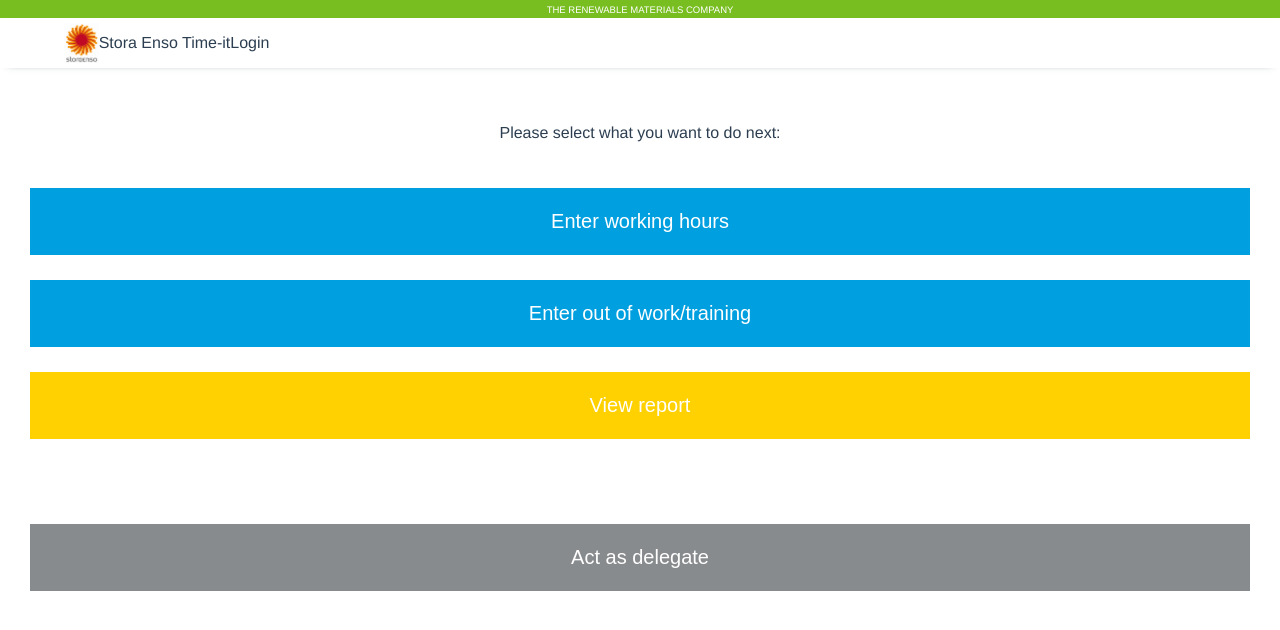
Repository: marianreha/vue-timeit
Page: /
An editor plug-in stored every save of this project. The page is shown before and after the next save, followed by the edit.
The browser window is 1280 px wide. The pictures show the whole page.
Some web fonts or font styles are not loaded; a fallback is used. The project was rebuilt for these pictures with package versions that can differ from the ones it lists, and the page was loaded fresh each time. Also part of the build but not shown: vue.config.js.

Above is the page before, as saved 2020-03-29 21:37:10.

### src/App.vue
<template>
  <div id="app">
    <Navbar />
    <Home />
  </div>
</template>

<script>
import Navbar from './components/Navbar'
import Home from './components/Home'

export default {
  name: 'App',
  components: {
    Navbar,
    Home,
  }
}
</script>

<style>
@import url(//db.onlinewebfonts.com/c/2afedaab5a5177410b408023384af22d?family=HelveticaNeueLTW01-55Roman);

#app {
  font-family: Helvetica, Arial, sans-serif;
  -webkit-font-smoothing: antialiased;
  -moz-osx-font-smoothing: grayscale;
  text-align: center;
  color: #2c3e50;
  padding: 0px;
}

body {
  margin: 0;
}

* {
    cursor: default;
}

</style>

### src/components/Navbar.vue
<template>
  <div>
      <header class="green">
          The renewable materials company
      </header>
      <header class="navbar">
          <img class="logo" src="../assets/logo.jpg" alt="logo">
          <span>
              Stora Enso Time-it
          </span>
          <span>Login</span>
      </header>
  </div>
</template>

<script>
export default {
    name: 'Navbar',
}
</script>

<style>
.green {
    padding: 4px 0 3px 0;
    background-color: #78BE20;
    color: #FFFFFF;
    font-size: 9.5px;
    text-transform: uppercase;
}

.navbar {
    display: flex;
    height: 2rem;
    /* justify-content: space-between; */
    /* justify-content: LEFT; */
    align-items: center;
    padding: 25px 5%;
    box-shadow: 0 3px 8px -8px;
    box-sizing: border-box;
}

.navbar nav {
    font-weight: bold;
    font-size: 17px;
    justify-self: center;
}

.navbar span {
    justify: right;
}

.logo {
    height: 40px;
}
</style>>

### src/components/Home.vue
<template>
    <div>
        <p>Please select what you want to do next:</p>
        <div class="container">
            <button class="btn">Enter working hours</button>
            <button class="btn">Enter out of work/training</button>
            <button class="btn btn-yellow">View report</button>
            <button class="btn btn-delegate">Act as delegate</button>
        </div>
    </div>
</template>

<script>
export default {
    name: "Home"
}
</script>

<style>
p {
    padding: 40px 0 30px 0;
}

.container {
    padding: 0 30px;
    display: flex;
    flex-direction: column;
}

.btn {
    padding: 22px;
    margin-bottom: 25px;
    background-color: #009FDF;
    border: none;
    outline: none;
    color: #ffffff;
    font-size: 20px;
}

.btn:hover {
    background-color: #006cbe;
}

.btn-yellow {
    background-color: #FFD100;
}

.btn-delegate {
    background-color: #888B8D;
    margin-top: 60px;
}

</style>

Loaded but not shown: public/index.html (common file); src/main.js (common file)

After the next save:
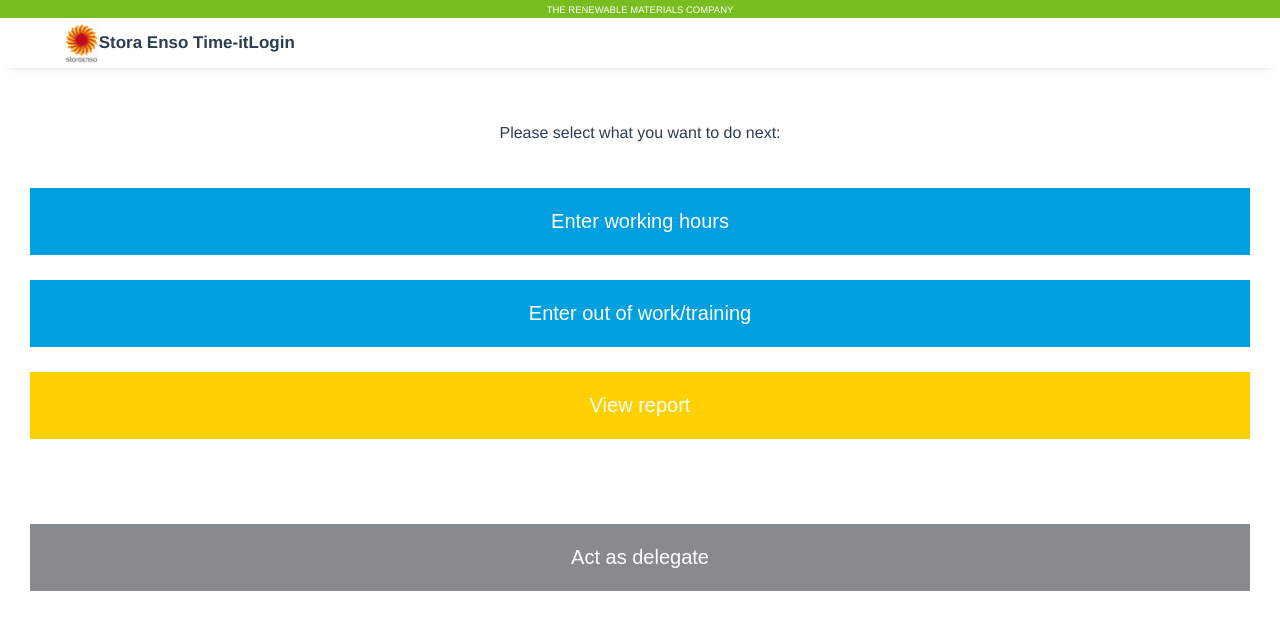
Saved 6 s later.
--- a/src/components/Navbar.vue
+++ b/src/components/Navbar.vue
@@ -39,7 +39,7 @@
     box-sizing: border-box;
 }
 
-.navbar nav {
+.navbar span {
     font-weight: bold;
     font-size: 17px;
     justify-self: center;
